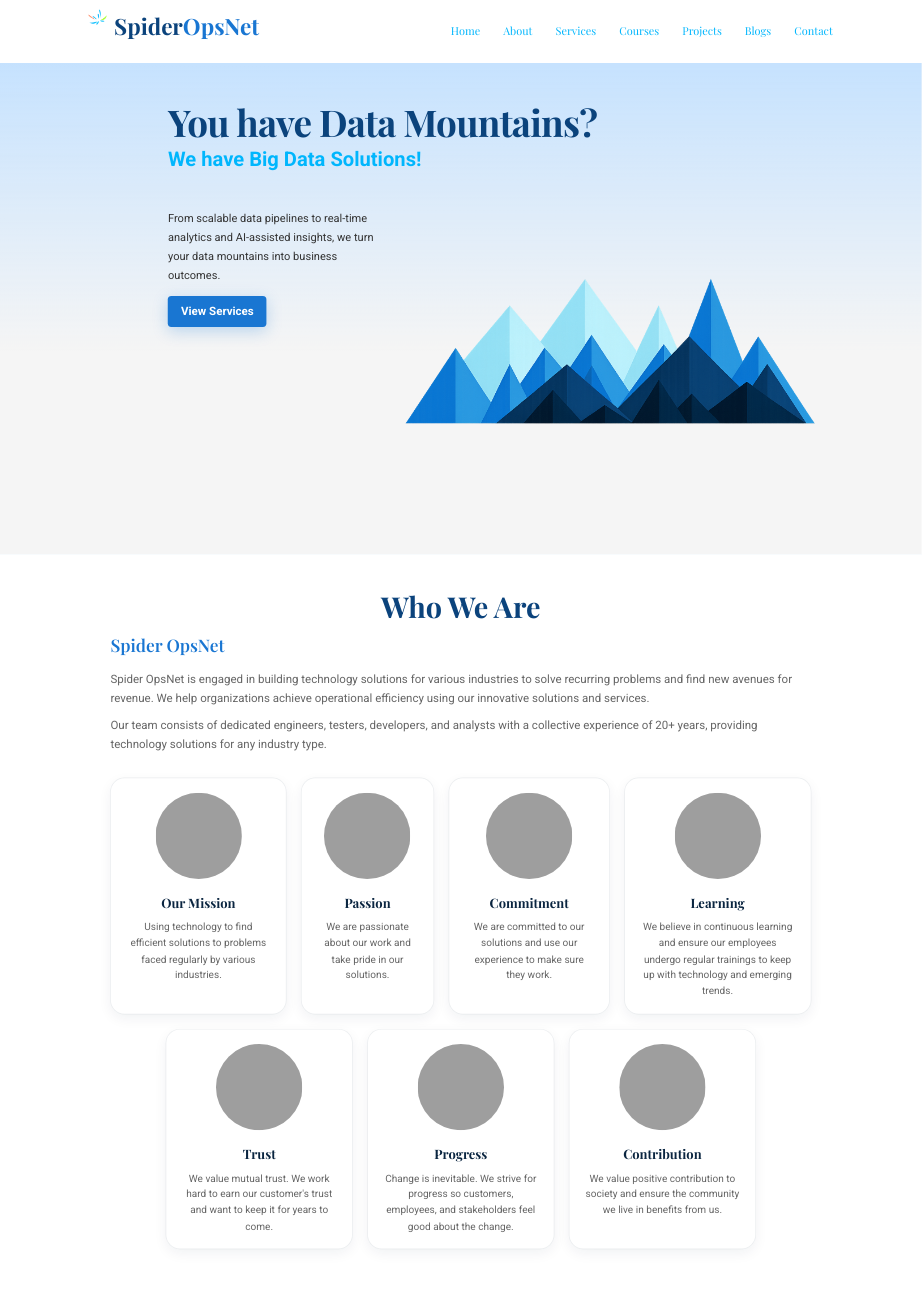
Repository: Yeshwanth-189/spiderOpsNet
Page: / (app in spideropsnet-frontend/)
An editor plug-in stored every save of this project. The page is shown before and after the next save, followed by the edit.
The browser window is 1280 px wide. The pictures show the whole page, at 72% of full size.
Pictures or frames that could not be fetched are drawn as grey boxes. The project was rebuilt for these pictures with package versions that can differ from the ones it lists, and the page was loaded fresh each time. Also part of the build but not shown: spideropsnet-frontend/vite.config.js.

Above is the page before, as saved 2025-09-04 16:01:48.

### spideropsnet-frontend/index.html
<!DOCTYPE html>
<html lang="en">
  <head>
    <meta charset="UTF-8" />
    <link rel="icon" type="image/svg+xml" href="/spideropsnet.svg" />
    <link
      href="https://fonts.googleapis.com/css2?family=Playfair+Display:wght@400;600;700&family=Roboto:wght@400;500;700&display=swap"
      rel="stylesheet"
    />
    <meta name="viewport" content="width=device-width, initial-scale=1.0" />
    <title>SpiderOpsNet</title>
  </head>
  <body>
    <div id="root"></div>
    <script type="module" src="/src/main.jsx"></script>
  </body>
</html>

### spideropsnet-frontend/src/App.jsx
import "./App.css";
import SpiderOpsNet from "./components/SpiderOpsNet";
import { BrowserRouter as Router, Routes, Route } from "react-router-dom";

function App() {
  return (
    <>
      <Router>
        <Routes>
          <Route path="/" element={<SpiderOpsNet />} />
          {/* <Route path="/overview" element={<Overview />} />
          <Route path="/profession" element={<Profession />} />
          <Route path="/projects" element={<Project />} />
          <Route path="/education" element={<Education />} />
          <Route path="/skills" element={<Skills />} />
          <Route path="/achievements" element={<Awards />} /> */}
        </Routes>
      </Router>
    </>
  );
}

export default App;

### spideropsnet-frontend/src/App.css
:root {
  /* Brand Colors */
  --color-primary: #0b437c; /* Dark Navy Blue */
  --color-secondary: #00b6fd; /* Professional Light Blue */

  /* Backgrounds */
  --color-bg: #ffffff;
  --color-bg-light: #f5f5f5;

  /* Neutral Grays */
  --color-gray-dark: #333333;
  --color-gray-mid: #666666;
  --color-gray-light: #f5f5f5;

  /* Status Colors */
  --color-success: #2e7d32;
  --color-warning: #ed6c02;
  --color-error: #d32f2f;

  /* Typography */
  --font-heading: "Playfair Display", serif;
  --font-body: "Roboto", sans-serif;

  /* Font Sizes (scalable for responsive design) */
  --text-h1: 2.5rem;
  --text-h2: 2rem;
  --text-h3: 1.5rem;
  --text-body: 1rem;
  --text-small: 0.875rem;

  /* Spacing (consistent padding/margin system) */
  --space-xs: 4px;
  --space-sm: 8px;
  --space-md: 16px;
  --space-lg: 24px;
  --space-xl: 32px;

  /* Border Radius */
  --radius-sm: 4px;
  --radius-md: 8px;
  --radius-lg: 16px;

  /* Shadows */
  --shadow-sm: 0 1px 2px rgba(0, 0, 0, 0.05);
  --shadow-md: 0 4px 6px rgba(0, 0, 0, 0.1);
  --shadow-lg: 0 10px 15px rgba(0, 0, 0, 0.15);
}

html,
body {
  margin: 0;
  padding: 0;
}
* {
  box-sizing: border-box;
}
/* Base Typography */
body {
  font-family: var(--font-body);
  font-size: var(--text-body);
  color: var(--color-gray-dark);
  background-color: var(--color-bg);
  margin: 0;
  padding: 0;
}

h1,
h2,
h3,
h4,
h5,
h6 {
  font-family: var(--font-heading);
  color: var(--color-primary);
  margin: 0 0 var(--space-md);
}

p {
  margin: 0 0 var(--space-md);
  color: var(--color-gray-mid);
}

### spideropsnet-frontend/src/components/SpiderOpsNet.jsx
import React from "react";
import Hero from "../components/Hero";
import NavBar from "../components/NavBar";
import About from "../components/About";
// import Experience from "../components/Experience";
// import Communications from "../components/Communications";
import "../styles/SpiderOpsNet.css";

function SpiderOpsNet() {
  return (
    <>
      <NavBar />
      <Hero />
      <About />
      {/* <Experience />
      <Communications /> */}
    </>
  );
}

export default SpiderOpsNet;

### spideropsnet-frontend/src/components/Hero.jsx
import React from "react";
import "../styles//Hero.css";
import DataMountains from "../assets/DataMountains.png";
// eslint-disable-next-line no-unused-vars
import { motion, useReducedMotion } from "framer-motion";

export default function Hero({
  title = "You have Data Mountains?",
  subtitle = "We have Big Data Solutions!",
  paragraph = "From scalable data pipelines to real-time analytics and AI-assisted insights, we turn your data mountains into business outcomes.",
  ctaText = "View Services",
  onCtaClick = () => {},
  imageAlt = "Abstract mountain range representing big data layers",
}) {
  const prefersReducedMotion = useReducedMotion();

  const initial = prefersReducedMotion ? { opacity: 0 } : { opacity: 0, y: 40 };
  const animate = prefersReducedMotion ? { opacity: 1 } : { opacity: 1, y: 0 };
  const transition = prefersReducedMotion
    ? { duration: 0.6, ease: "easeOut" }
    : { duration: 0.9, ease: "easeOut" };
  return (
    <motion.section
      className="hero"
      aria-label="Data Solutions Hero"
      initial={initial}
      animate={animate}
      transition={transition}
    >
      <header className="hero__header">
        <h1 className="hero__title">{title}</h1>
        <h1 className="hero__subtitle">{subtitle}</h1>
      </header>

      <div className="hero__left">
        <p className="hero__paragraph">{paragraph}</p>
        <button className="hero__cta" onClick={onCtaClick} aria-label={ctaText}>
          {ctaText}
        </button>
      </div>

      <figure className="hero__right">
        <img
          className="hero__image"
          src={DataMountains}
          alt={imageAlt}
          loading="eager"
        />
      </figure>
    </motion.section>
  );
}

### spideropsnet-frontend/src/components/NavBar.jsx
import React, { useState } from "react";
import { Link } from "react-router-dom";
import "../styles/NavBar.css";
import SpiderOpsNet from "../assets/SpiderOpsNet.png";

function Navbar() {
  const [isOpen, setIsOpen] = useState(false);

  return (
    <nav className="navbar">
      <div className="navbar-grid">
        <div className="col-1" />

        <div className="col-2to11 navbar-content">
          <div className="navbar-logo">
            <img
              alt="logo"
              className="navbar-logo-image"
              src={SpiderOpsNet}
            ></img>
            <h2>
              <span className="primary"></span>Spider
              <span className="secondary">OpsNet</span>
            </h2>
            <div className="hamburger" onClick={() => setIsOpen(!isOpen)}>
              <span className={isOpen ? "bar rotate-top" : "bar"}></span>
              <span className={isOpen ? "bar fade" : "bar"}></span>
              <span className={isOpen ? "bar rotate-bottom" : "bar"}></span>
            </div>
          </div>

          {/* Links */}
          <div className={`navbar-links ${isOpen ? "open" : ""}`}>
            <Link to="/Home" onClick={() => setIsOpen(false)}>
              Home
            </Link>
            <Link to="/About" onClick={() => setIsOpen(false)}>
              About
            </Link>
            <Link to="/Services" onClick={() => setIsOpen(false)}>
              Services
            </Link>
            <Link to="/Courses" onClick={() => setIsOpen(false)}>
              Courses
            </Link>
            <Link to="/Projects" onClick={() => setIsOpen(false)}>
              Projects
            </Link>
            <Link to="/Blogs" onClick={() => setIsOpen(false)}>
              Blogs
            </Link>
            <Link to="/Contact" onClick={() => setIsOpen(false)}>
              Contact
            </Link>
          </div>
        </div>

        <div className="col-12" />
      </div>
    </nav>
  );
}

export default Navbar;

### spideropsnet-frontend/src/components/About.jsx
import React from "react";
// eslint-disable-next-line no-unused-vars
import { motion } from "framer-motion";
import "../styles/About.css";

const aboutItems = [
  {
    title: "Our Mission",
    img: "https://picsum.photos/seed/mission/160/160",
    text: "Using technology to find efficient solutions to problems faced regularly by various industries.",
  },
  {
    title: "Passion",
    img: "https://picsum.photos/seed/passion/160/160",
    text: "We are passionate about our work and take pride in our solutions.",
  },
  {
    title: "Commitment",
    img: "https://picsum.photos/seed/commitment/160/160",
    text: "We are committed to our solutions and use our experience to make sure they work.",
  },
  {
    title: "Learning",
    img: "https://picsum.photos/seed/learning/160/160",
    text: "We believe in continuous learning and ensure our employees undergo regular trainings to keep up with technology and emerging trends.",
  },
  {
    title: "Trust",
    img: "https://picsum.photos/seed/trust/160/160",
    text: "We value mutual trust. We work hard to earn our customer's trust and want to keep it for years to come.",
  },
  {
    title: "Progress",
    img: "https://picsum.photos/seed/progress/160/160",
    text: "Change is inevitable. We strive for progress so customers, employees, and stakeholders feel good about the change.",
  },
  {
    title: "Contribution",
    img: "https://picsum.photos/seed/contribution/160/160",
    text: "We value positive contribution to society and ensure the community we live in benefits from us.",
  },
];

// Variants for parent container and children
const containerVariants = {
  hidden: { opacity: 0, y: 60 },
  show: {
    opacity: 1,
    y: 0,
    transition: {
      duration: 0.7,
      ease: "easeOut",
      staggerChildren: 0.15, // cards animate one after another
    },
  },
};

const childVariants = {
  hidden: { opacity: 0, y: 40 },
  show: { opacity: 1, y: 0, transition: { duration: 0.6, ease: "easeOut" } },
};

export default function AboutUs() {
  return (
    <section className="about-wrap">
      <div className="about-grid">
        <div className="gutter-left" aria-hidden="true" />

        {/* Animate the whole content */}
        <motion.div
          className="about-content"
          variants={containerVariants}
          initial="hidden"
          whileInView="show"
          viewport={{ once: true, amount: 0.2 }}
        >
          {/* Intro */}
          <motion.header className="about-intro" variants={childVariants}>
            <h1 className="about-title">Who We Are</h1>
            <h2 className="about-subtitle">Spider OpsNet</h2>
            <p className="about-paragraph">
              Spider OpsNet is engaged in building technology solutions for
              various industries to solve recurring problems and find new
              avenues for revenue. We help organizations achieve operational
              efficiency using our innovative solutions and services.
            </p>
            <p className="about-paragraph">
              Our team consists of dedicated engineers, testers, developers, and
              analysts with a collective experience of 20+ years, providing
              technology solutions for any industry type.
            </p>
          </motion.header>

          {/* Cards */}
          <motion.div
            className="cards-grid cards-row row-1"
            variants={containerVariants}
          >
            {aboutItems.slice(0, 4).map((item) => (
              <motion.article
                className="card"
                key={item.title}
                variants={childVariants}
              >
                <div className="card-img-wrap">
                  <img src={item.img} alt={item.title} />
                </div>
                <h3 className="card-title">{item.title}</h3>
                <p className="card-text">{item.text}</p>
              </motion.article>
            ))}
          </motion.div>
          <motion.div
            className="cards-grid cards-row row-2"
            variants={containerVariants}
          >
            {aboutItems.slice(4).map((item) => (
              <motion.article
                className="card"
                key={item.title}
                variants={childVariants}
              >
                <div className="card-img-wrap">
                  <img src={item.img} alt={item.title} />
                </div>
                <h3 className="card-title">{item.title}</h3>
                <p className="card-text">{item.text}</p>
              </motion.article>
            ))}
          </motion.div>
        </motion.div>

        <div className="gutter-right" aria-hidden="true" />
      </div>
    </section>
  );
}

### spideropsnet-frontend/src/styles/Hero.css
:root {
  --brand-primary: var(--color-primary, #0a2540); /* Dark Navy */
  --brand-accent: var(--color-accent, #1976d2); /* Light Blue */
  --surface: var(--color-surface, #ffffff);
  --text: var(--color-text, #333333);
  --muted: var(--color-muted, #666666);
  --elev: 24px;
}

/* Grid shell: 12 columns desktop, 4 columns mobile */
.hero {
  --gutter: clamp(12px, 2vw, 24px);
  display: grid;
  grid-template-columns:
    [line1] 1fr /* empty gutter */
    [line2] repeat(10, minmax(0, 1fr)) /* content */
    [line12] 1fr /* empty gutter */
    [line13];
  gap: var(--gutter);
  padding: clamp(32px, 6vw, 80px) var(--gutter);
  background: linear-gradient(180deg, rgb(195, 225, 255), transparent 60%),
    var(--surface);
  color: var(--text);
  margin-top: 5%;
}

.hero__header {
  grid-column: 3 / 12;
}

.hero__title {
  margin: 0 0 8px 0;
  font-size: clamp(28px, 4vw, 56px);
  line-height: 1.1;
  letter-spacing: -0.02em;
  color: var(--brand-primary);
  font-family: "Playfair Display", ui-serif, Georgia, serif;
}

.hero__subtitle {
  margin: 0 0 clamp(16px, 2.5vw, 28px) 0;
  font-size: clamp(18px, 2.2vw, 28px);
  line-height: 1.2;
  color: var(--color-secondary);
  font-family: Roboto, system-ui, -apple-system, Segoe UI, "Helvetica Neue",
    Arial, sans-serif;
}

.hero__left {
  grid-column: 3 / 6;
  align-self: start;
}

.hero__paragraph {
  margin: 0 0 16px 0;
  font-size: clamp(14px, 1.2vw, 18px);
  line-height: 1.7;
  color: var(--color-gray-dark);
}

.hero__cta {
  appearance: none;
  border: none;
  cursor: pointer;
  padding: 12px 18px;
  border-radius: 5px;
  background: var(--brand-accent);
  color: #fff;
  font-weight: 600;
  font-size: 16px;
  box-shadow: 0 6px 20px rgba(25, 118, 210, 0.25);
  transition: transform 120ms ease, box-shadow 120ms ease, filter 120ms ease;
}

.hero__cta:hover {
  transform: translateY(-1px);
  box-shadow: 0 10px 28px rgba(25, 118, 210, 0.35);
}

.hero__cta:active {
  transform: translateY(0);
  filter: brightness(0.96);
}

/* Right block: lines 6 → 12 (i.e., cols 6–11 inclusive) */
.hero__right {
  grid-column: 6 / 12;
  margin: 0;
}

.hero__image {
  width: 100%;
  height: auto;
  display: block;
}

/* Responsive: switch to 4-column grid on mobile */
@media (max-width: 767.98px) {
  .hero {
    grid-template-columns:
      [m1] 1fr /* empty */
      [m2] repeat(2, minmax(0, 1fr)) /* content */
      [m4] 1fr /* empty */
      [m5];
  }

  .hero__header,
  .hero__left,
  .hero__right {
    grid-column: 2 / 4; /* span the two content columns */
  }

  .hero__right {
    order: 3;
  }
  .hero__left {
    order: 2;
  }
  .hero__header {
    order: 1;
  }
}

/* Prefers-reduced-motion respect */
@media (prefers-reduced-motion: reduce) {
  .hero__cta {
    transition: none;
  }
}

### spideropsnet-frontend/src/styles/NavBar.css
.navbar {
  position: fixed;
  width: 100%;
  background-color: var(--color-bg);
  z-index: 999;
  padding: 12px 0;
}

.navbar-grid {
  display: grid;
  grid-template-columns: repeat(12, 1fr);
  align-items: center;
  max-width: 1400px;
  margin: 0 auto;
  padding: 0 20px;
}

.col-1 {
  grid-column: 1 / 2;
}

.col-2to11 {
  grid-column: 2 / 12;
  display: flex;
  justify-content: space-between;
  align-items: center;
}

.col-12 {
  display: none;
}

/* Left: Logo */
.navbar-logo {
  font-family: "Playfair Display", serif;
  font-size: 1.3rem;
  color: var(--color-primary);
  display: flex;
  justify-content: flex-start;
  align-items: flex-start;
  gap: 10px;
  width: 100%;
}

.navbar-logo-image {
  width: 5%;
}

.primary {
  color: #0a2540;
}

.secondary {
  color: #1976d2;
}

/* Right: Links */
.navbar-links {
  display: flex;
  gap: 32px;
  font-family: "Playfair Display", serif;
  font-size: 0.95rem;
}

.navbar-links a {
  color: var(--color-secondary);
  text-decoration: none;
  transition: color 0.3s ease;
  position: relative;
}

.navbar-links a:hover {
  color: --color-primary;
}

.navbar-links a::after {
  content: "";
  display: block;
  height: 2px;
  width: 0;
  background-color: var(--color-secondary);
  transition: width 0.3s ease;
  position: absolute;
  bottom: -4px;
  left: 0;
}

.navbar-links a:hover::after {
  width: 100%;
}
.hamburger {
  display: none;
  flex-direction: column;
  justify-content: center;
  align-items: flex-end;
  gap: 5px;
  margin-left: auto;
  cursor: pointer;
  z-index: 1000;
}

.bar {
  width: 22px;
  height: 3px;
  background-color: var(--color-primary);
  transition: all 0.3s ease;
}

.rotate-top {
  transform: rotate(45deg) translateY(8px);
}

.fade {
  opacity: 0;
}

.rotate-bottom {
  transform: rotate(-45deg) translateY(-8px);
}

/* Responsive */
@media screen and (max-width: 768px) {
  .navbar-grid {
    grid-template-columns: 1fr;
  }

  .col-2to11 {
    flex-direction: column;
    gap: 14px;
    grid-column: span 12;
  }

  .navbar-logo {
    font-size: 1.1rem;
  }

  .navbar-logo-image {
    width: 10%;
  }

  .navbar-links {
    flex-direction: column;
    gap: 12px;
  }
  @media screen and (max-width: 768px) {
    .hamburger {
      margin-top: 5%;
      display: flex;
    }
    .navbar {
      top: 0;
      border-bottom: 1px solid #0a2540;
    }

    .navbar-links {
      display: none;
      flex-direction: column;
      gap: 16px;
      margin-top: 1rem;
      width: 100%;
    }

    .navbar-links.open {
      display: flex;
      animation: fadeIn 0.3s ease-in-out;
    }
  }

  @keyframes fadeIn {
    from {
      opacity: 0;
      transform: translateY(-10px);
    }
    to {
      opacity: 1;
      transform: translateY(0);
    }
  }
}

### spideropsnet-frontend/src/styles/About.css
/* Optional: inherit brand tokens if you already have variables.css */
:root {
  --brand-navy: #0a2540; /* Primary */
  --brand-blue: #1976d2; /* Secondary */
  --bg: #ffffff;
  --text-dark: #333333;
  --text-mid: #666666;
  --surface: #f5f5f5;
}

/* Layout wrapper */
.about-wrap {
  background: var(--bg);
  color: var(--text-dark);
  width: 100%;
}

/* 12-column grid with hidden 1st & 12th columns */
.about-grid {
  display: grid;
  grid-template-columns: repeat(12, minmax(0, 1fr));
  gap: 0; /* outer grid has no gap; inner content controls spacing */
  max-width: 1200px;
  margin: 0 auto;
  padding: 48px 16px;
}

.gutter-left,
.gutter-right {
  display: none; /* explicitly hidden */
}

/* Content spans columns 2–11 */
.about-content {
  grid-column: 2 / 12;
}

/* Intro block */
.about-intro {
  margin-bottom: 32px;
}

.about-title {
  font-family: "Playfair Display", Georgia, serif;
  font-weight: 700;
  font-size: clamp(28px, 4vw, 40px);
  color: var(--color-primary);
  margin: 0 0 8px 0;
  line-height: 1.2;
  text-align: center;
  width: 100%;
  margin: 0 auto 12px auto;
}

.about-subtitle {
  font-family: "Playfair Display", Georgia, serif;
  font-weight: 600;
  font-size: clamp(18px, 2.5vw, 24px);
  color: var(--brand-blue);
  margin: 0 0 16px 0;
}

.about-paragraph {
  font-family: "Roboto", system-ui, -apple-system, Segoe UI, Arial, sans-serif;
  font-size: 16px;
  line-height: 1.65;
  color: var(--text-mid);
  margin: 0 0 12px 0;
}

/* Cards grid: makes 4 on top, 3 on bottom naturally with 7 items */

.cards-row {
  display: flex;
  gap: 20px;
  margin-bottom: 20px;
}
.row-1 {
  justify-content: space-between; /* spread 4 cards */
}
.row-2 {
  justify-content: center; /* center 3 cards */
}

/* Card */
.card {
  background: #fff;
  border: 1px solid rgba(10, 37, 64, 0.08);
  border-radius: 20px;
  padding: 20px;
  box-shadow: 0 6px 18px rgba(10, 37, 64, 0.06);
  display: flex;
  flex-direction: column;
  align-items: center;
  text-align: center;
  max-width: 260px;

  /* subtle hover */
  transition: transform 240ms ease, box-shadow 240ms ease,
    border-color 240ms ease;
}

.card:hover {
  transform: translateY(-4px);
  box-shadow: 0 10px 24px rgba(10, 37, 64, 0.1);
  border-color: rgba(25, 118, 210, 0.25);
}

.card-img-wrap {
  width: 120px;
  height: 120px;
  border-radius: 50%;
  background: var(--surface);
  display: grid;
  place-items: center;
  margin-bottom: 14px;
  overflow: hidden;
}

.card-img-wrap img {
  width: 100%;
  height: 100%;
  object-fit: cover;
}

.card-title {
  font-family: "Playfair Display", Georgia, serif;
  font-size: 18px;
  font-weight: 700;
  color: var(--brand-navy);
  margin: 6px 0 8px 0;
}

.card-text {
  font-family: "Roboto", system-ui, -apple-system, Segoe UI, Arial, sans-serif;
  font-size: 14px;
  color: var(--text-mid);
  line-height: 1.6;
  margin: 0;
}

/* Load-in animation */
.fade-up {
  opacity: 0;
  transform: translateY(16px);
  animation: fadeUp 600ms ease-out forwards;
}

@keyframes fadeUp {
  to {
    opacity: 1;
    transform: translateY(0);
  }
}

/* Responsive tweaks */
@media (max-width: 1024px) {
  .cards-grid {
    grid-template-columns: repeat(3, minmax(0, 1fr));
  }
}

@media (max-width: 768px) {
  .about-grid {
    padding: 32px 14px;
  }
  .cards-grid {
    grid-template-columns: repeat(2, minmax(0, 1fr));
  }
}

@media (max-width: 480px) {
  .cards-grid {
    grid-template-columns: 1fr;
  }
}

Loaded but not shown: spideropsnet-frontend/src/main.jsx (common file); spideropsnet-frontend/src/index.css (common file); spideropsnet-frontend/src/styles/SpiderOpsNet.css (no stored copy; drawn as an empty file)

After the next save:
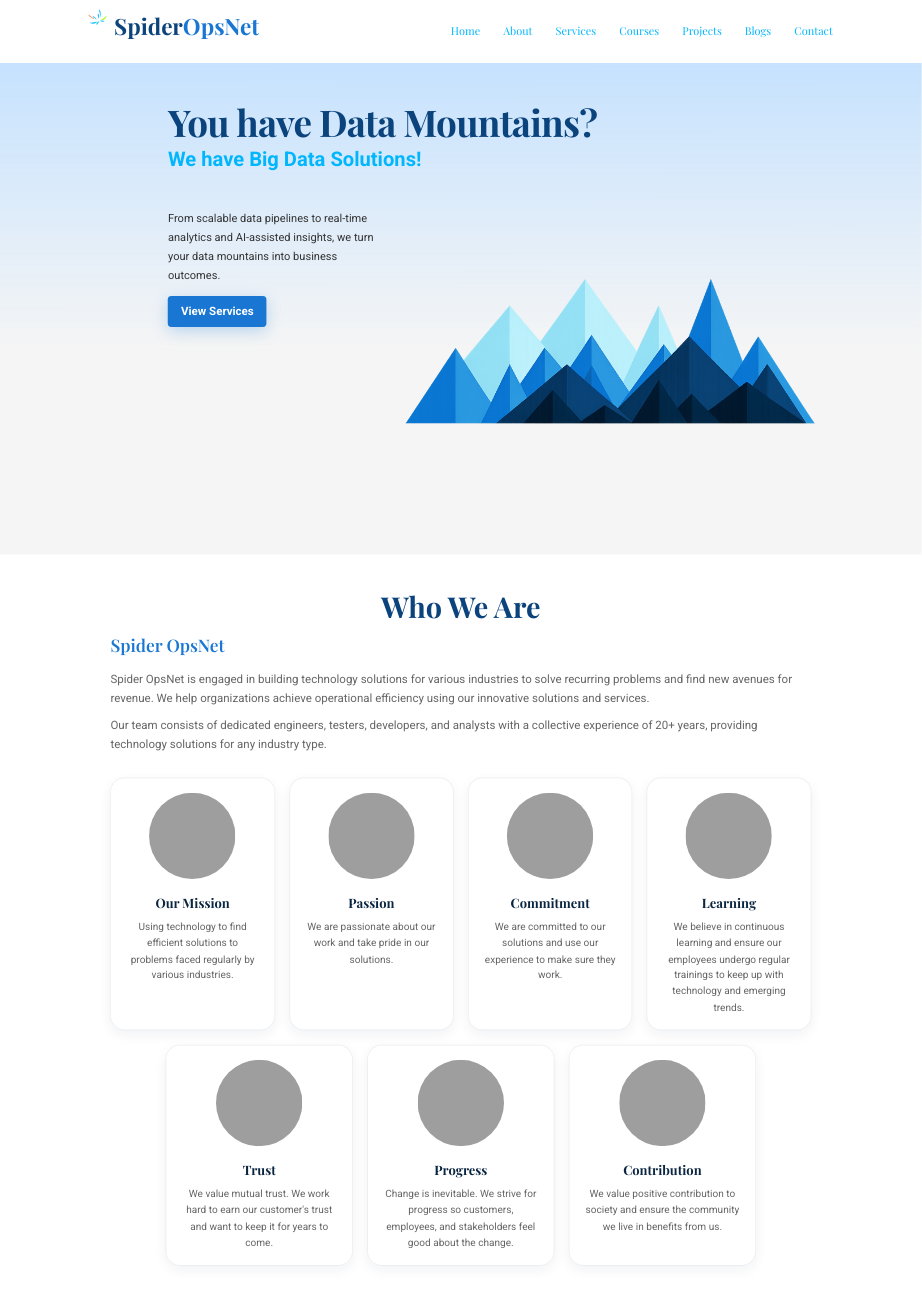
Saved 15 s later.
--- a/spideropsnet-frontend/src/styles/About.css
+++ b/spideropsnet-frontend/src/styles/About.css
@@ -93,7 +93,7 @@
   flex-direction: column;
   align-items: center;
   text-align: center;
-  max-width: 260px;
+  width: 260px;
 
   /* subtle hover */
   transition: transform 240ms ease, box-shadow 240ms ease,
